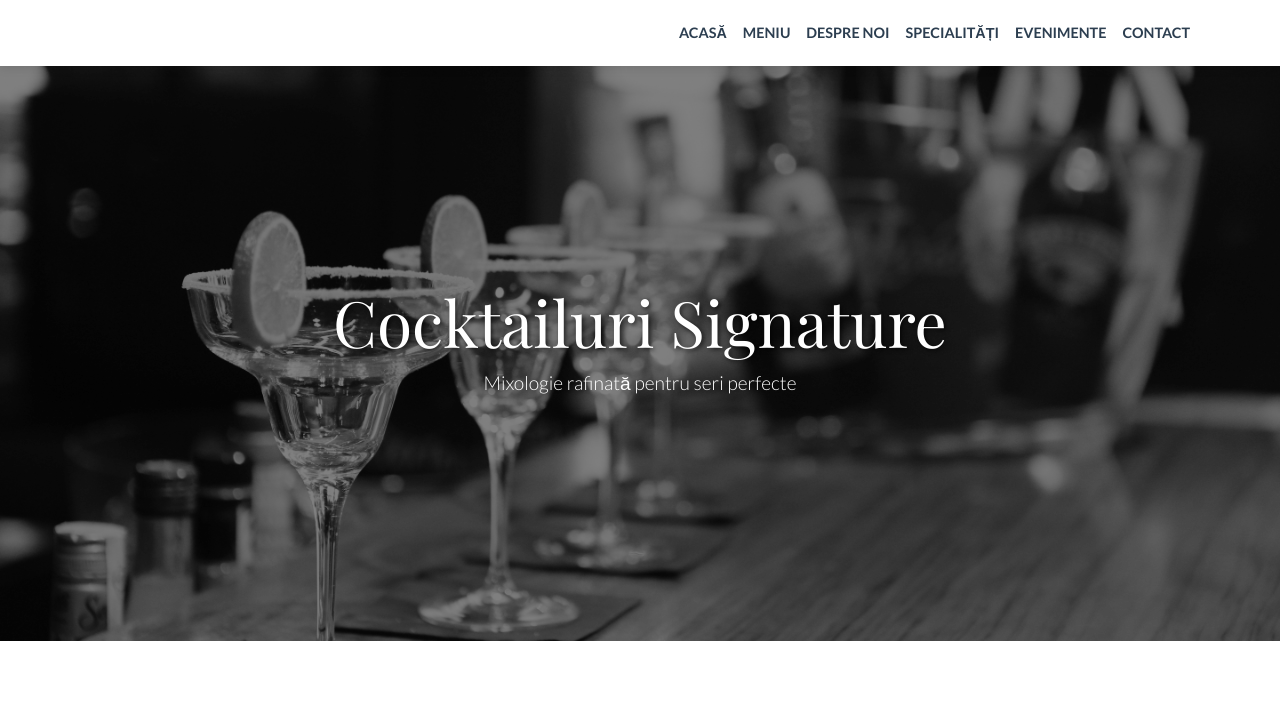
Repository: 912-Comsa-Teodora/bistrot-restaurant
Page: restaurant/index.html
The author's editor kept a copy of each file at every save. The page is drawn from the files as they stood at one save, then again after the next save.
The browser window is 1280 px wide. The pictures show the part of the page from y = 0 to 701 px (the page is 3068 px tall).
A picture or video elsewhere on the page could not be fetched, so the positions and the page height are approximate.

Above is the page before, as saved 2026-01-17 14:15:37.

After the next save:
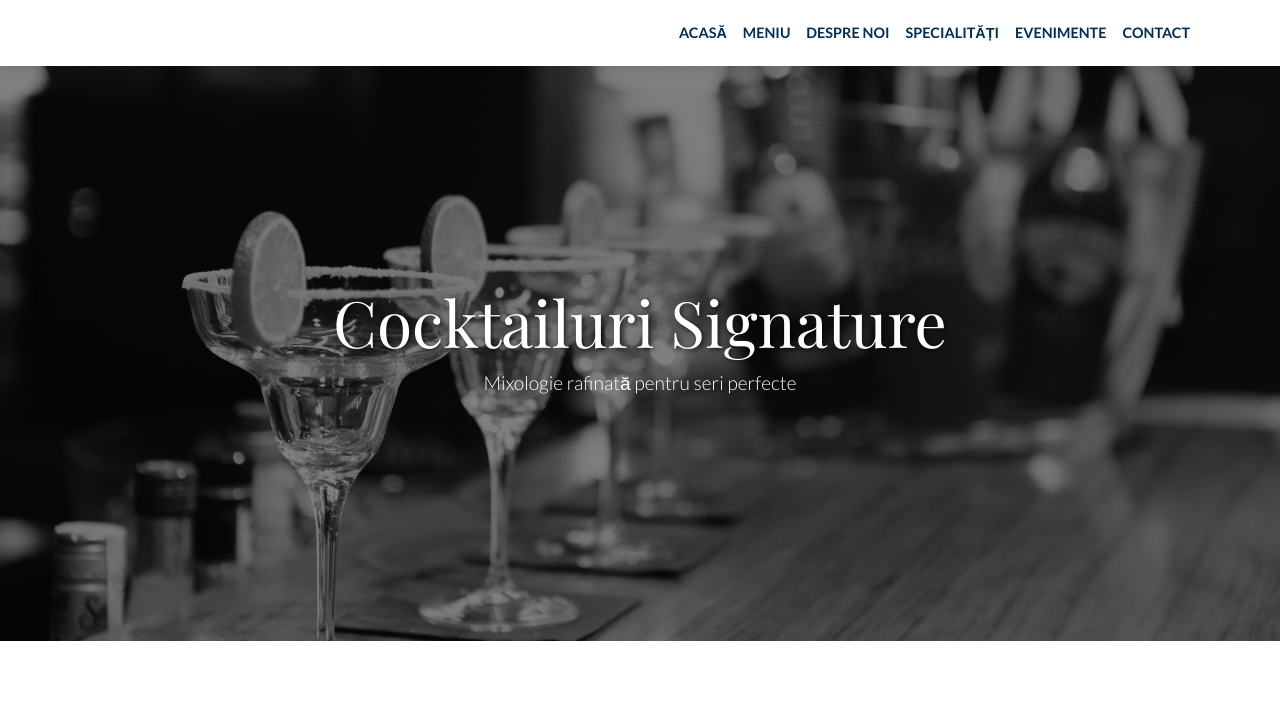
Saved 64 s later.
--- a/restaurant/index.html
+++ b/restaurant/index.html
@@ -16,9 +16,9 @@
 
     <style>
         :root {
-            --primary-color: #800020; /* Visiniu elegant stil Toulouse */
-            --gold-color: #d4af37;
-            --text-dark: #2c3e50;
+            --primary-color: #740427; /* Visiniu elegant stil Toulouse */
+            --gold-color: #004322;
+            --text-dark: #002d5a;
         }
 
         body {
